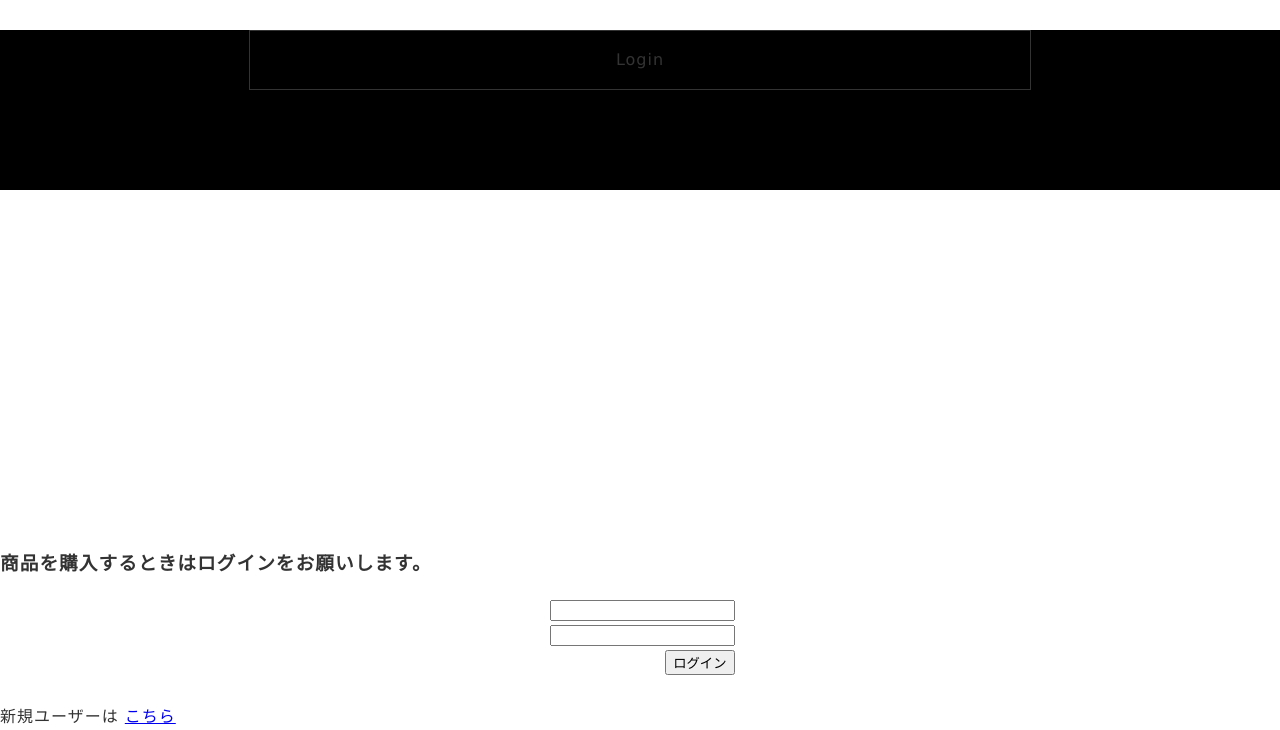
Repository: kazuki000/test
Page: http://localhost/templete2/login.jsp
The author's editor kept a copy of each file at every save. The page is drawn from the files as they stood at one save, then again after the next save.
The browser window is 1280 px wide. The pictures show the whole page.
The page is served by Tomcat 9. Other server files are loaded and not shown.

Above is the page before, as saved 2019-04-24 15:42:50.

### templete2/WebContent/login.jsp
<%@ page language="java" contentType="text/html; charset=UTF-8"
    pageEncoding="UTF-8"%>
<%@ taglib prefix="s" uri="/struts-tags"%>
<!DOCTYPE html PUBLIC "-//W3C//DTD HTML 4.01 Transitional//EN" "http://www.w3.org/TR/html4/loose.dtd">
<html>
<head>
     <meta http-equiv="Content-Type" content="text/html; charset=UTF-8">
     <meta http-equiv="Content-Style-Type" content="text/css"/>
     <meta http-equiv="Contetn-Script-Type" content="text/javasctipt"/>
     <meta http-equiv="imagetoolbar" content="no"/>
     <meta http-equiv="discription" content=""/>
     <meta http-equiv="keywords" content=""/>
     <title>Login画面</title>

     <style type="text/css">

     body{
      margin:0;
      padding:0;
      line-height:1.6;
      letter-spacing:1px;
      font-family:Verdana,Helvetica,sans-serif;
      font-family:12px;
      color:#333;
      background:#fff;
     }

     table{
      text-align:center;
      margin:0 auto;
     }

     #top{
      width:780px;
      margin:30px auto;
      border:1px solid #333;
     }

     #header{
      width:100%;
      height:80px;
      background-color:black;
     }

     #main{
      width:100%;
      height:500px;
      text-align:center;
     }

     #footer{
      width:100%;
      height:80px;
      background-color:black;
      clear:both;
     }

     </style>

</head>
<body>
       <div id="header">
              <div id="pr">
       </div>
       <div id="main">
              <div id="top">
                     <p>Login</p>
              </div>
       </div>
       <div>
             <h3>商品を購入するときはログインをお願いします。</h3>
             <s:form action="LoginAction">
               <s:textfield name="loginUserId"/>
               <s:password name="loginPassword"/>
               <s:submit value="ログイン"/>
        </s:form>
        <br>
        <div>
             <span>新規ユーザーは
             <a href='<a url actuion="UserCreateAction"/>'>こちら</a>
             </span>
        </div>
  </div>
  </div>
  <div>
       <div id="footer">
              <div id="pr">
              </div>
       </div>
       </div>


</body>
</html>

After the next save:
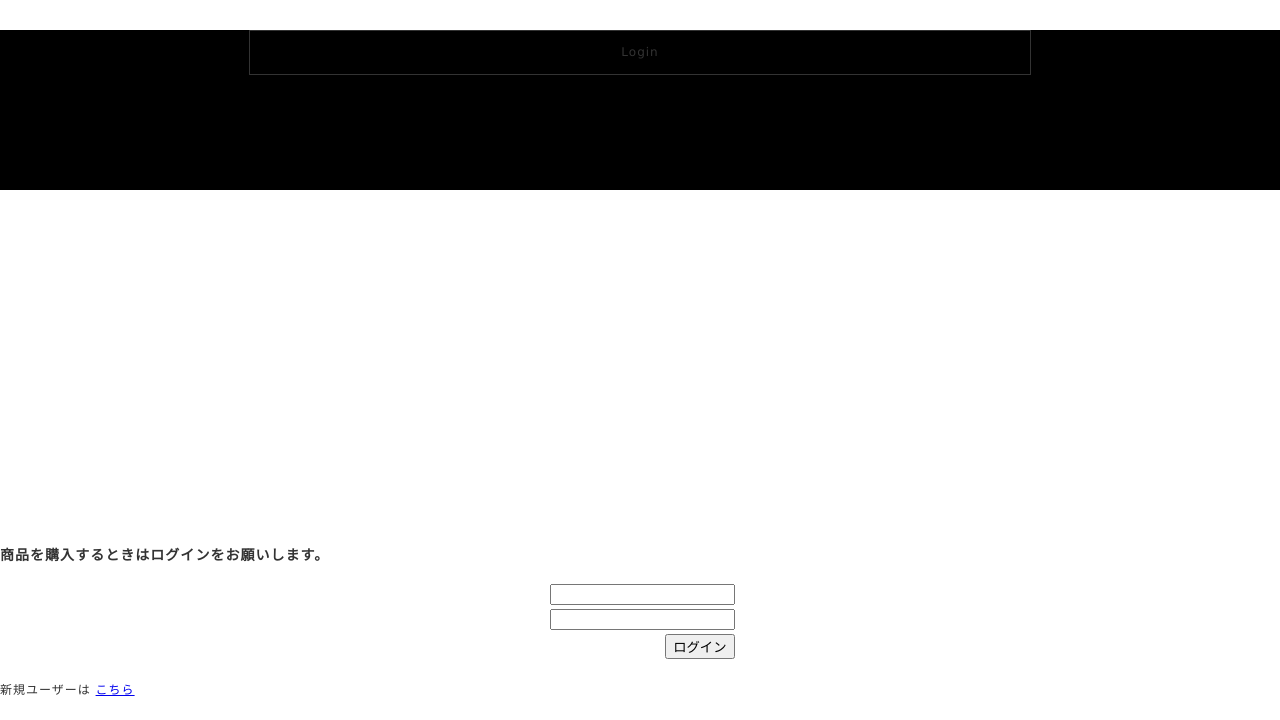
Saved 4 min 8 s later.
--- a/templete2/WebContent/login.jsp
+++ b/templete2/WebContent/login.jsp
@@ -20,7 +20,7 @@
       line-height:1.6;
       letter-spacing:1px;
       font-family:Verdana,Helvetica,sans-serif;
-      font-family:12px;
+      font-size:12px;
       color:#333;
       background:#fff;
      }
